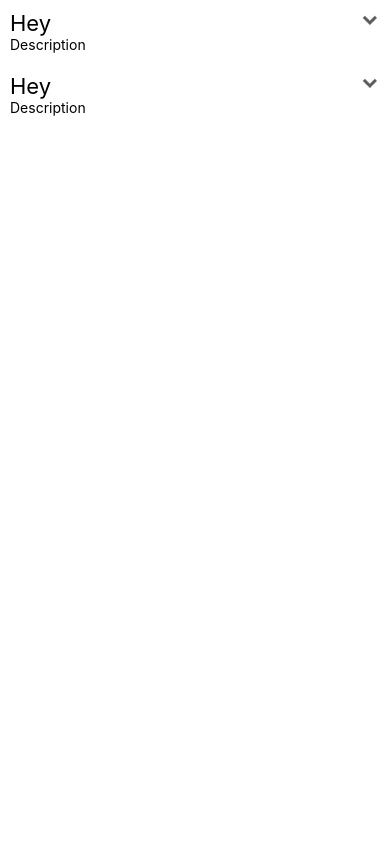
Repository: likanbl/intern-feature
Screen: /
An editor plug-in stored every save of this project. The screen is shown before and after the next save, followed by the edit.
The app was drawn by React Native's web renderer in a window 390 px wide. The project was rebuilt for these pictures with package versions that can differ from the ones it lists, and the page was loaded fresh each time.

Above is the screen before, as saved 2019-09-10 14:27:20.

After the next save:
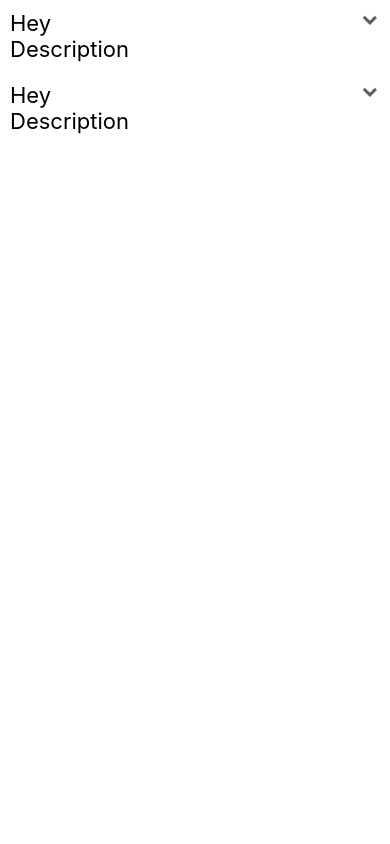
Saved 3 min 13 s later.
--- a/src/components/home/HomeItem.js
+++ b/src/components/home/HomeItem.js
@@ -54,6 +54,10 @@ const styles = StyleSheet.create({
     flex: 1,
     fontSize: 22,
   },
+  description: {
+    flex: 1,
+    fontSize: 22,
+  },
   image: {
     width: 20,
     height: 20,
